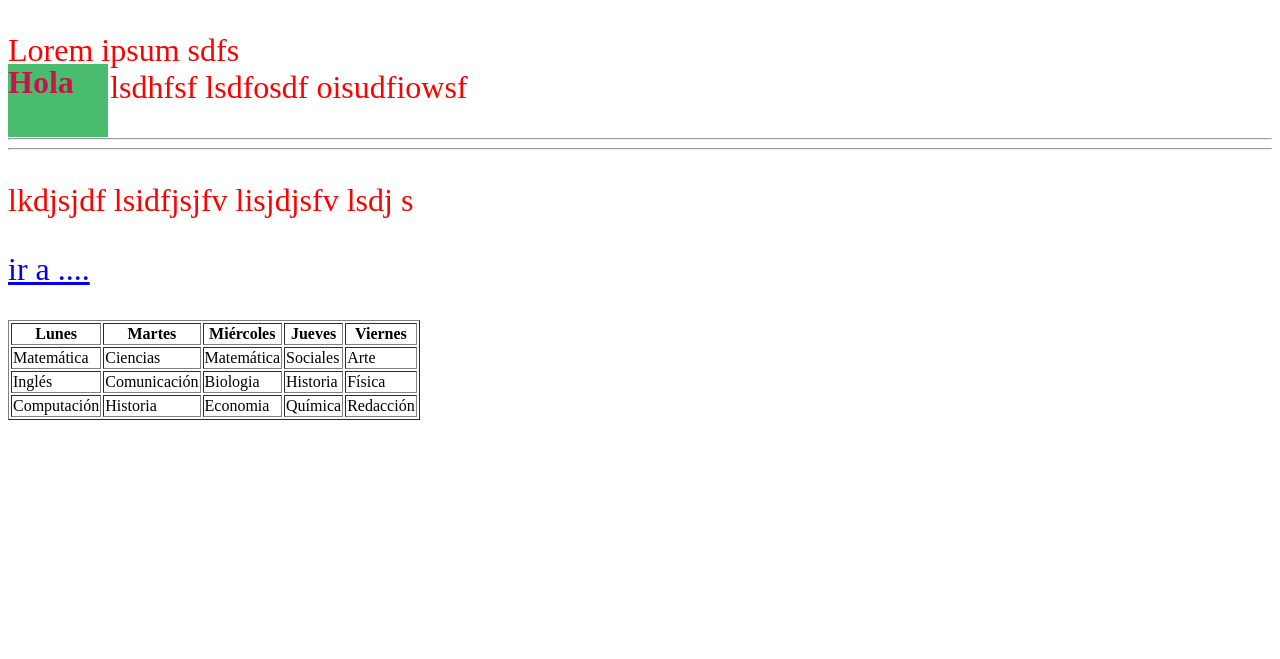
Repository: gadiazsaavedra/Unidad_2
Page: index.html
These files come from the project's save history. The page is drawn as it stood at one moment and after the next save; the edit follows.
The browser window is 1280 px wide. The pictures show the whole page.

Above is the page before, as saved 2023-08-07 16:26:06.

After the next save:
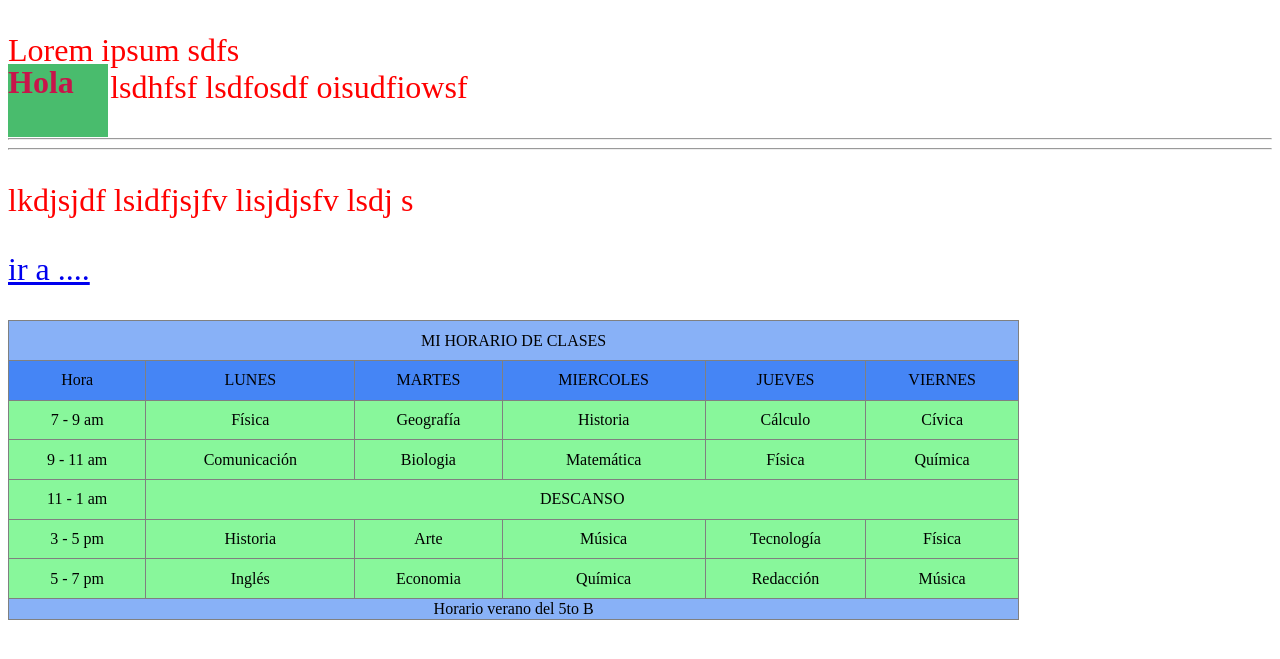
Saved 111 s later.
--- a/index.html
+++ b/index.html
@@ -13,40 +13,74 @@
     <hr/>
     <p>lkdjsjdf lsidfjsjfv lisjdjsfv lsdj s</p>
     <p><a href="https://www.google.com/">ir a ....</a><br>
-      <table border="1px">
-        <tr>
-        <th> Lunes </th>
-        <th> Martes </th>
-        <th> Miércoles </th>
-        <th> Jueves </th>
-        <th> Viernes </th>
-        </tr>
+      <table border="1px" width ="80%" height ="300px" style="border-collapse:collapse; text-align:center;">
+        <thead bgcolor="#88b1f7" height ="40px">
+      <tr>
+      <td colspan="6"> MI HORARIO DE CLASES </td>
+      </tr>
+        </thead>
 
-        <tr>
-        <td> Matemática  </td>
-        <td> Ciencias </td>
-        <td> Matemática </td>
-        <td> Sociales </td>
-        <td> Arte </td>
-        </tr>
+        <tbody bgcolor="#88f79b">
+      <tr bgcolor="#4585f5">
+      <td> Hora  </td>
+      <td> LUNES  </td>
+      <td> MARTES </td>
+      <td> MIERCOLES </td>
+      <td> JUEVES </td>
+      <td> VIERNES </td>
+      </tr>
 
-        <tr>
-        <td> Inglés </td>
-        <td> Comunicación </td>
-        <td> Biologia </td>
-        <td> Historia </td>
-        <td> Física </td>
-        </tr>
+      <tr>
+      <td> 7 - 9 am </td>
+      <td> Física </td>
+      <td> Geografía  </td>
+      <td> Historia </td>
+      <td> Cálculo </td>
+      <td> Cívica </td>
+      </tr>
 
-        <tr>
-        <td> Computación </td>
-        <td> Historia </td>
-        <td> Economia </td>
-        <td> Química </td>
-        <td> Redacción </td>
-        </tr>
+      <tr>
+      <td> 9 - 11 am </td>
+      <td> Comunicación </td>
+      <td> Biologia </td>
+      <td> Matemática </td>
+      <td> Física </td>
+      <td> Química </td>
+      </tr>
 
-        </table>
+      <tr>
+      <td> 11 - 1 am</td>
+      <td colspan="5"> DESCANSO </td>
+      </tr>
+
+
+      <tr>
+      <td> 3 - 5 pm</td>
+      <td> Historia </td>
+      <td> Arte </td>
+      <td> Música </td>
+      <td> Tecnología </td>
+      <td> Física </td>
+      </tr>
+          <tr>
+      <td> 5 - 7 pm</td>
+      <td> Inglés </td>
+      <td> Economia </td>
+      <td> Química </td>
+      <td> Redacción </td>
+      <td> Música </td>
+      </tr>
+
+        </tbody>
+
+           <tfoot bgcolor="#88b1f7">
+          <tr>
+      <td colspan="6"> Horario verano del 5to B  </td>
+      </tr>
+        </tfoot>
+
+      </table>
+
     </p>
   </body>
 </html>
